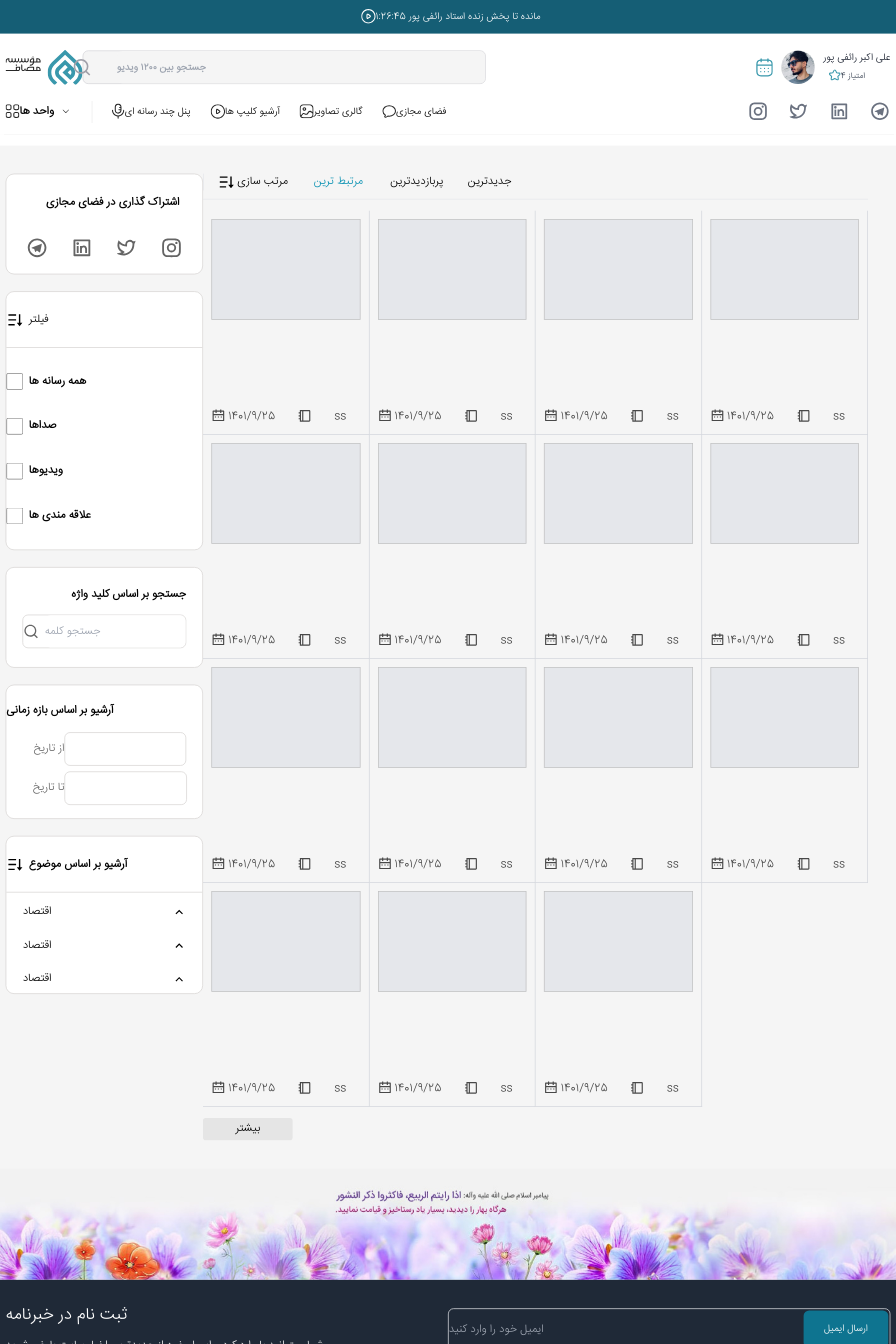
Repository: homan-tehrani/uiUserNative
Page: /multimedia
The author's editor kept a copy of each file at every save. The page is drawn from the files as they stood at one save, then again after the next save.
The browser window is 1280 px wide. The pictures show the part of the page from y = 0 to 1920 px (the page is 2769 px tall), at 70% of full size.
The project was rebuilt for these pictures with package versions that can differ from the ones it lists, and the page was loaded fresh each time. The framework's server and built-in components were replaced by stand-ins that run in the browser. Also part of the build but not shown: next.config.js, src/components/MenuForUnits.js, src/components/AccordionForUnits.js, src/components/MenuResponsive.js.

Above is the page before, as saved 2023-04-25 01:58:12.

### src/pages/_app.js
import Layoute from 'components/layout/Layoute'
import 'styles/globals.css'

export default function App({ Component, pageProps }) {
  return <Layoute>
    <Component {...pageProps} />
  </Layoute>
}

### src/pages/multimedia/index.js
import React, { useState, useEffect } from 'react';
import { albumPhoto } from '../../../src/db.json';
import Loading from 'components/loading';
import CourseCart from 'components/CourseCart';
import Aside from 'components/Aside';
import AsideResponsive from 'components/AsideResponsive';
export default function Multimedia() {
  const [allcorses, setAllCorses] = useState(null);

  useEffect(() => {
    setAllCorses(albumPhoto);
  }, []);

  if (!allcorses) {
    return <Loading />;
  }

  return (
    <div className=" bg-neutral-100 flex h-max py-10 w-full mt-4 gap-x-1 ">
      <div className="hidden  sm:flex  md:flex justify-evenly container sm:px-2 mx-auto sm:justify-between sm:gap-x-0 gap-x-2 ">
        <Aside />
        <CourseCart data={allcorses} />
      </div>
      <AsideResponsive />
    </div>
  );
}

### src/components/layout/Layoute.js
import React from "react";
import Header from "./Header";
import Fotter from "./Fotter";
import Speech from "../Speech";

export default function Layoute({ children , datas }) {
  return (
    <>
      <Header  />
      <div>{children}</div>
      <Speech />
      <Fotter datas={datas} />
    </>
  );
}

### src/styles/globals.css
@tailwind base;
@tailwind components;
@tailwind utilities;

@font-face {
    font-family: iransans;
    src: url("../../public/assets/fonts/iransans/irsans-l.woff");
}

html , body{
    font-family: iransans;
  }

.slider-master
.swiper-pagination-bullet{
  width: 14px;
  height: 14px;
  background-color: #3998AC;
}

.slider-master
.swiper-pagination-bullet-active {
  width: 60px;
  border-radius: 60px;
}

### src/components/loading.js
const Loading =()=> {
    return (
      <div className="w-full h-full flex justify-center items-center py-5">
        <svg aria-hidden="true" class="w-12 h-12 text-gray-200 animate-spin dark:text-gray-600 fill-cyan-600" viewBox="0 0 100 101" fill="none" xmlns="http://www.w3.org/2000/svg">
            <path d="M100 50.5908C100 78.2051 77.6142 100.591 50 100.591C22.3858 100.591 0 78.2051 0 50.5908C0 22.9766 22.3858 0.59082 50 0.59082C77.6142 0.59082 100 22.9766 100 50.5908ZM9.08144 50.5908C9.08144 73.1895 27.4013 91.5094 50 91.5094C72.5987 91.5094 90.9186 73.1895 90.9186 50.5908C90.9186 27.9921 72.5987 9.67226 50 9.67226C27.4013 9.67226 9.08144 27.9921 9.08144 50.5908Z" fill="currentColor"/>
            <path d="M93.9676 39.0409C96.393 38.4038 97.8624 35.9116 97.0079 33.5539C95.2932 28.8227 92.871 24.3692 89.8167 20.348C85.8452 15.1192 80.8826 10.7238 75.2124 7.41289C69.5422 4.10194 63.2754 1.94025 56.7698 1.05124C51.7666 0.367541 46.6976 0.446843 41.7345 1.27873C39.2613 1.69328 37.813 4.19778 38.4501 6.62326C39.0873 9.04874 41.5694 10.4717 44.0505 10.1071C47.8511 9.54855 51.7191 9.52689 55.5402 10.0491C60.8642 10.7766 65.9928 12.5457 70.6331 15.2552C75.2735 17.9648 79.3347 21.5619 82.5849 25.841C84.9175 28.9121 86.7997 32.2913 88.1811 35.8758C89.083 38.2158 91.5421 39.6781 93.9676 39.0409Z" fill="currentFill"/>
        </svg>
      </div>
    );
  }

  export default Loading;

### src/components/CourseCart.js
import React from 'react';
import Link from 'next/link';
import Loading from './loading';
export default function CourseCart({ data }) {
  console.log(data);
  if (!data) {
    return <Loading />;
  }
  return (
    <div className="relative w-full h-full  flex flex-col   md:translate-x-0 gap-y-4  pr-8">
      <div className="  w-full text-sm md:text-base border-b pb-3 flex  items-end  gap-x-1 md:gap-x-4 lg:gap-x-8  ">
        <div className=" w-26 flex items-center justify-center gap-x-1 border-l pl-3 sm:pl-5">
          <svg
            xmlns="http://www.w3.org/2000/svg"
            className="w-4 md:w-6"
            viewBox="0 0 24 24"
          >
            <path
              d="M20 4V16H23L19 21L15 16H18V4H20ZM12 18V20H3V18H12ZM14 11V13H3V11H14ZM14 4V6H3V4H14Z"
              fill="#000"
            ></path>
          </svg>
          <button className="">مرتب سازی </button>
        </div>
        <button className="text-cyan-600  w-16 md:w-20">
          مرتبط ترین
        </button>
        <button className="w-20 ">پربازدیدترین</button>
        <button className="w-16 ">جدیدترین</button>
      </div>

      <div className="grid grid-cols-4">
        {data.map((item) => (
          <>
            <div
              key={item.id}
              className=" h-80 hover:bg-white border-r border-b border-gray-300  p-3 cursor-pointer"
            >
              <div className="w-full h-36 bg-gray-200">
                <img
                  src={item.coverImage}
                  alt={item.title}
                  className="w-full h-full"
                />
              </div>
              <div className="flex flex-col h-44 justify-around pr-4">
                <div>
                  <p>{item?.title}</p>
                </div>

                <p className="opacity-70">{item?.summary}</p>
                <div className="flex gap-x-8 opacity-70">
                  <div className="flex gap-x-1">
                    <svg
                      xmlns="http://www.w3.org/2000/svg"
                      viewBox="0 0 24 24"
                      width="20"
                      height="20"
                    >
                      <path fill="none" d="M0 0h24v24H0z" />
                      <path d="M17 3h4a1 1 0 0 1 1 1v16a1 1 0 0 1-1 1H3a1 1 0 0 1-1-1V4a1 1 0 0 1 1-1h4V1h2v2h6V1h2v2zm3 8H4v8h16v-8zm-5-6H9v2H7V5H4v4h16V5h-3v2h-2V5zm-9 8h2v2H6v-2zm5 0h2v2h-2v-2zm5 0h2v2h-2v-2z" />
                    </svg>
                    <p>1401/9/25</p>
                  </div>

                  <svg
                    xmlns="http://www.w3.org/2000/svg"
                    viewBox="0 0 24 24"
                    width="20"
                    height="20"
                  >
                    <path fill="none" d="M0 0h24v24H0z" />
                    <path d="M20.005 2C21.107 2 22 2.898 22 3.99v16.02c0 1.099-.893 1.99-1.995 1.99H4v-4H2v-2h2v-3H2v-2h2V8H2V6h2V2h16.005zM8 4H6v16h2V4zm12 0H10v16h10V4z" />
                  </svg>
                  <span> {
                    (Array.isArray(item?.portal) && item?.portal.length > 0) ? (item?.portal[0].name) : 'ss' }
                  </span>
                </div>
              </div>
            </div>

            <Link
              href={`/units/${item.id}`}
              className="w-full h-full absolute top-0 left-0  "
            ></Link>
          </>
        ))}
      </div>
      <button className="w-32 h-8 bg-neutral-200 rounded">
        بیشتر
      </button>
    </div>
  );
}

### src/components/Aside.js
import React from 'react'
import AccordionForMultiMedia from './AccordionForMultiMedia'

export default function Aside() {
  return (
    <aside className="w-80 h-full   md:mr-0 md:translate-x-0 flex flex-col  items-start justify-start gap-y-6 ">
    <div className="w-282px  border border-stone-300 h-36 bg-white rounded-xl flex flex-col items-center justify-center gap-y-3">
      <p className="text-right pl-6 font-bold">
        اشتراک گذاری در فضای مجازی
      </p>
      <div className="xs:-translate-y-4  flex  w-11/12 xs:h-8 xs:w-32  justify-around h-12 items-center rounded-md  translate-y-4 fill-white opacity-60">
        <svg
          className="cursor-pointer fill-black xs:w-6 w-8"
          xmlns="http://www.w3.org/2000/svg"
          viewBox="0 0 24 24"
        >
          <path fill="none" d="M0 0h24v24H0z" />
          <path d="M12 20a8 8 0 1 0 0-16 8 8 0 0 0 0 16zm0 2C6.477 22 2 17.523 2 12S6.477 2 12 2s10 4.477 10 10-4.477 10-10 10zm-3.11-8.83l-2.498-.779c-.54-.165-.543-.537.121-.804l9.733-3.76c.565-.23.885.061.702.79l-1.657 7.82c-.116.557-.451.69-.916.433l-2.551-1.888-1.189 1.148c-.122.118-.221.219-.409.244-.187.026-.341-.03-.454-.34l-.87-2.871-.012.008z" />
        </svg>
        <svg
          className="cursor-pointer fill-black xs:w-6 w-8"
          xmlns="http://www.w3.org/2000/svg"
          viewBox="0 0 24 24"
        >
          <path fill="none" d="M0 0h24v24H0z" />
          <path d="M4 3h16a1 1 0 0 1 1 1v16a1 1 0 0 1-1 1H4a1 1 0 0 1-1-1V4a1 1 0 0 1 1-1zm1 2v14h14V5H5zm2.5 4a1.5 1.5 0 1 1 0-3 1.5 1.5 0 0 1 0 3zm-1 1h2v7.5h-2V10zm5.5.43c.584-.565 1.266-.93 2-.93 2.071 0 3.5 1.679 3.5 3.75v4.25h-2v-4.25a1.75 1.75 0 0 0-3.5 0v4.25h-2V10h2v.43z" />
        </svg>
        <svg
          className="cursor-pointer fill-black xs:w-6 w-8"
          xmlns="http://www.w3.org/2000/svg"
          viewBox="0 0 24 24"
        >
          <path fill="none" d="M0 0h24v24H0z" />
          <path d="M15.3 5.55a2.9 2.9 0 0 0-2.9 2.847l-.028 1.575a.6.6 0 0 1-.68.583l-1.561-.212c-2.054-.28-4.022-1.226-5.91-2.799-.598 3.31.57 5.603 3.383 7.372l1.747 1.098a.6.6 0 0 1 .034.993L7.793 18.17c.947.059 1.846.017 2.592-.131 4.718-.942 7.855-4.492 7.855-10.348 0-.478-1.012-2.141-2.94-2.141zm-4.9 2.81a4.9 4.9 0 0 1 8.385-3.355c.711-.005 1.316.175 2.669-.645-.335 1.64-.5 2.352-1.214 3.331 0 7.642-4.697 11.358-9.463 12.309-3.268.652-8.02-.419-9.382-1.841.694-.054 3.514-.357 5.144-1.55C5.16 15.7-.329 12.47 3.278 3.786c1.693 1.977 3.41 3.323 5.15 4.037 1.158.475 1.442.465 1.973.538z" />
        </svg>
        <svg
          className="cursor-pointer fill-black xs:w-6 w-8"
          xmlns="http://www.w3.org/2000/svg"
          viewBox="0 0 24 24"
        >
          <path fill="none" d="M0 0h24v24H0z" />
          <path d="M12 9a3 3 0 1 0 0 6 3 3 0 0 0 0-6zm0-2a5 5 0 1 1 0 10 5 5 0 0 1 0-10zm6.5-.25a1.25 1.25 0 0 1-2.5 0 1.25 1.25 0 0 1 2.5 0zM12 4c-2.474 0-2.878.007-4.029.058-.784.037-1.31.142-1.798.332-.434.168-.747.369-1.08.703a2.89 2.89 0 0 0-.704 1.08c-.19.49-.295 1.015-.331 1.798C4.006 9.075 4 9.461 4 12c0 2.474.007 2.878.058 4.029.037.783.142 1.31.331 1.797.17.435.37.748.702 1.08.337.336.65.537 1.08.703.494.191 1.02.297 1.8.333C9.075 19.994 9.461 20 12 20c2.474 0 2.878-.007 4.029-.058.782-.037 1.309-.142 1.797-.331.433-.169.748-.37 1.08-.702.337-.337.538-.65.704-1.08.19-.493.296-1.02.332-1.8.052-1.104.058-1.49.058-4.029 0-2.474-.007-2.878-.058-4.029-.037-.782-.142-1.31-.332-1.798a2.911 2.911 0 0 0-.703-1.08 2.884 2.884 0 0 0-1.08-.704c-.49-.19-1.016-.295-1.798-.331C14.925 4.006 14.539 4 12 4zm0-2c2.717 0 3.056.01 4.122.06 1.065.05 1.79.217 2.428.465.66.254 1.216.598 1.772 1.153a4.908 4.908 0 0 1 1.153 1.772c.247.637.415 1.363.465 2.428.047 1.066.06 1.405.06 4.122 0 2.717-.01 3.056-.06 4.122-.05 1.065-.218 1.79-.465 2.428a4.883 4.883 0 0 1-1.153 1.772 4.915 4.915 0 0 1-1.772 1.153c-.637.247-1.363.415-2.428.465-1.066.047-1.405.06-4.122.06-2.717 0-3.056-.01-4.122-.06-1.065-.05-1.79-.218-2.428-.465a4.89 4.89 0 0 1-1.772-1.153 4.904 4.904 0 0 1-1.153-1.772c-.248-.637-.415-1.363-.465-2.428C2.013 15.056 2 14.717 2 12c0-2.717.01-3.056.06-4.122.05-1.066.217-1.79.465-2.428a4.88 4.88 0 0 1 1.153-1.772A4.897 4.897 0 0 1 5.45 2.525c.638-.248 1.362-.415 2.428-.465C8.944 2.013 9.283 2 12 2z" />
        </svg>
      </div>
    </div>
    <div className="w-282px h-370px  border border-stone-300 rounded-xl bg-white">
      <div className="w-full h-20  border-b border-stone-300 flex items-center justify-start pr-6 gap-x-2 ">
        <svg
          xmlns="http://www.w3.org/2000/svg"
          viewBox="0 0 24 24"
          width="24"
          height="24"
        >
          <path
            d="M20 4V16H23L19 21L15 16H18V4H20ZM12 18V20H3V18H12ZM14 11V13H3V11H14ZM14 4V6H3V4H14Z"
            fill="#000"
          ></path>
        </svg>
        <p>فیلتر</p>
      </div>
      <div className="w-full h-64 translate-y-4 flex flex-col justify-around pr-4 font-bold">
        <div className="flex  items-center justify-satrt  gap-x-2">
          <input type="checkbox" className="w-6 h-6 " />
          <p>همه رسانه ها</p>
        </div>
        <div className="flex items-center justify-satrt  gap-x-2">
          <input type="checkbox" className="w-6 h-6 " />
          <p>صداها</p>
        </div>
        <div className="flex items-center justify-satrt gap-x-2">
          <input type="checkbox" className="w-6 h-6 " />
          <p>ویدیوها</p>
        </div>
        <div className="flex items-center justify-satrt gap-x-2">
          <input type="checkbox" className="w-6 h-6 " />
          <p>علاقه مندی ها</p>
        </div>
      </div>
    </div>
    <div className="w-282px border border-stone-300 h-36 bg-white rounded-xl flex flex-col items-center justify-center gap-y-4">
      <p className="text-right  w-10/12 font-bold">
        جستجو بر اساس کلید واژه
      </p>
      <div className="w-10/12 h-12  flex items-center border border-stone-300 rounded-lg">
        <svg
          xmlns="http://www.w3.org/2000/svg"
          className="mr-2 opacity-60"
          viewBox="0 0 24 24"
          width="24"
          height="24"
        >
          <path
            d="M18.031 16.6168L22.3137 20.8995L20.8995 22.3137L16.6168 18.031C15.0769 19.263 13.124 20 11 20C6.032 20 2 15.968 2 11C2 6.032 6.032 2 11 2C15.968 2 20 6.032 20 11C20 13.124 19.263 15.0769 18.031 16.6168ZM16.0247 15.8748C17.2475 14.6146 18 12.8956 18 11C18 7.1325 14.8675 4 11 4C7.1325 4 4 7.1325 4 11C4 14.8675 7.1325 18 11 18C12.8956 18 14.6146 17.2475 15.8748 16.0247L16.0247 15.8748Z"
            fill="#000"
          ></path>
        </svg>
        <input
          placeholder="جستجو کلمه"
          type="text"
          className="w-11/12 h-full outline-0 pr-2 rounded-lg "
        />
      </div>
    </div>

    <div className="w-282px border border-stone-300 h-48 bg-white rounded-xl flex flex-col items-center justify-center  ">
      <p className="text-right mt-6 w-full pr-7 font-bold flex items-center  ">
        آرشیو بر اساس بازه زمانی
      </p>

      <div className="flex flex-col items-center justify-center  w-full h-full gap-y-2  ">
        <div className="flex items-cenetr h-12 justify-center">
          <p className="pl-4 flex items-center justify-center opacity-60">
            از تاریخ
          </p>
          <input
            type="text"
            className="border border-stone-300 h-full w-8/12 rounded-lg outline-0 pr-2"
          />
        </div>
        <div className="flex items-cenetr justify-center h-12 ">
          <p className="pl-4 flex items-center justify-center opacity-60">
            تا تاریخ
          </p>
          <input
            type="text"
            className="border border-stone-300 h-full w-8/12 rounded-lg outline-0 pr-2"
          />
        </div>
      </div>
    </div>
    <div className="w-282px  h-max border border-stone-300 rounded-xl bg-white ">
      <div className="w-full h-20  border-b border-stone-300 flex items-center justify-start pr-6 gap-x-2 ">
        <svg
          xmlns="http://www.w3.org/2000/svg"
          viewBox="0 0 24 24"
          width="24"
          height="24"
        >
          <path
            d="M20 4V16H23L19 21L15 16H18V4H20ZM12 18V20H3V18H12ZM14 11V13H3V11H14ZM14 4V6H3V4H14Z"
            fill="#000"
          ></path>
        </svg>
        <p className="font-bold">آرشیو بر اساس موضوع</p>
      </div>
  <AccordionForMultiMedia/>
  <AccordionForMultiMedia/>
  <AccordionForMultiMedia/>

    </div>
  </aside>
  )
}

### src/components/Speech.js
import React, { useEffect, useState } from "react";
import Loading from "./loading";
import {speech} from "../../src/db.json"

export default function Speech({ datas }) {
  const [imageSpeech, setImageSpeech] = useState(null);
  useEffect(() => {
    setImageSpeech(speech);
  }, []);

  if (!imageSpeech) {
    return <Loading />;
  }
  return (
    <div className="w-full flex justify-center items-center relative ">
      <div className="flex flex-col w-full h-max">
        <div className="flex flex-col w-full ">
          <img
            src={imageSpeech[0].src}
            alt={imageSpeech[0].alt}
            className="w-full h-full object-cover"
          />
        </div>
      </div>
    </div>
  );
}

### src/components/AccordionForMultiMedia.js
import {useState} from 'react'

export default function AccordionForMultiMedia() {
    const [isShowAccordion, setIsShowAccordion] = useState(false);
    const accordionHandler = () => {
        setIsShowAccordion((prev) => !prev);
      };
  return (
    <>
    <button
    onClick={accordionHandler}
    className=" w-10/12 mx-auto h-10 flex items-center mt-2 justify-between"
  >
    <p>اقتصاد</p>
    <div>
      {!isShowAccordion && (
        <svg
          xmlns="http://www.w3.org/2000/svg"
          viewBox="0 0 24 24"
          width="20"
          height="20"
        >
          <path
            d="M11.9997 10.8284L7.04996 15.7782L5.63574 14.364L11.9997 8L18.3637 14.364L16.9495 15.7782L11.9997 10.8284Z"
            fill="#000"
          ></path>
        </svg>
      )}
      {isShowAccordion && (
        <svg
          xmlns="http://www.w3.org/2000/svg"
          viewBox="0 0 24 24"
          width="20"
          height="20"
        >
          <path
            d="M11.9997 13.1714L16.9495 8.22168L18.3637 9.63589L11.9997 15.9999L5.63574 9.63589L7.04996 8.22168L11.9997 13.1714Z"
            fill="#000"
          ></path>
        </svg>
      )}
    </div>
  </button>
  {isShowAccordion && (
    <div className="w-10/12 mx-auto my-4 pb-4 flex flex-col gap-y-8 font-bold  border-b border-stone-300">
      <div className="flex items-center justify-satrt  gap-x-2 ">
        <input type="checkbox" className="w-6 h-6 " />
        <p>اقتصاد ایران</p>
      </div>
      <div className="flex items-center justify-satrt  gap-x-2">
        <input type="checkbox" className="w-6 h-6 " />
        <p>اقتصاد جهان</p>
      </div>
    </div>
  )}
  </>
  )
}

### src/components/AccordionMultiMediResponsive.js
import React, { useState } from 'react'

export default function AccordionMultiMediResponsive() {
    const[isShowAccordion , setIsShowAccordion] = useState(false)
    const accordionHandler = ()=>{
        setIsShowAccordion(prev=>!prev)
    }
  return (
    <>
     <button
              onClick={accordionHandler}
              className=" w-11/12 mx-auto h-10 flex items-center  my-2 justify-between"
            >
              <p>دشمن شناسی</p>
              <div>
                {!isShowAccordion && (
                  <svg
                    xmlns="http://www.w3.org/2000/svg"
                    viewBox="0 0 24 24"
                    width="20"
                    height="20"
                  >
                    <path
                      d="M11.9997 10.8284L7.04996 15.7782L5.63574 14.364L11.9997 8L18.3637 14.364L16.9495 15.7782L11.9997 10.8284Z"
                      fill="#000"
                    ></path>
                  </svg>
                )}
                {isShowAccordion && (
                  <svg
                    xmlns="http://www.w3.org/2000/svg"
                    viewBox="0 0 24 24"
                    width="20"
                    height="20"
                  >
                    <path
                      d="M11.9997 13.1714L16.9495 8.22168L18.3637 9.63589L11.9997 15.9999L5.63574 9.63589L7.04996 8.22168L11.9997 13.1714Z"
                      fill="#000"
                    ></path>
                  </svg>
                )}
              </div>
            </button>
            {isShowAccordion && (
              <div className="w-10/12 mx-auto pb-4 flex mt-4 flex-col gap-y-8 font-bold border-stone-300 border-b">
                <div className="flex items-center justify-satrt  gap-x-2 ">
                  <input type="checkbox" className="w-6 h-6 " />
                  <p>اقتصاد ایران</p>
                </div>
                <div className="flex items-center justify-satrt  gap-x-2">
                  <input type="checkbox" className="w-6 h-6 " />
                  <p>اقتصاد جهان</p>
                </div>
              </div>
            )}
    </>
  )
}

### tailwind.config.js
/** @type {import('tailwindcss').Config} */
module.exports = {
  content: [
    "./app/**/*.{js,ts,jsx,tsx}",
    "./pages/**/*.{js,ts,jsx,tsx}",
    "./components/**/*.{js,ts,jsx,tsx}",

    // Or if using `src` directory:
    "./src/**/*.{js,ts,jsx,tsx}",
  ],
  theme: {
    extend: {
      screens:{
        'xs':{'max':'430px'},
      },
      spacing: {
        '148': '37rem',
        '120':'36rem',
        '152':'42rem',
        '90':'25rem',
        '98':'28rem',
        '100':'30rem',
        '110':'33rem',
        'ppx':'0.5px',
        '400px': '400px',
        '300px':'300px',
        '1200px':'1200px',
        '370px':'370px',
        '305px':'305px',
        '282px':'282px'
      },
      fontSize:{
        tsm:['13px','19px'],
        ssm:['12px','18px'],
        xsm:['11px','17px'],
        xxsm:['10px','16px'],
        xxxsm:['8px','12px'],
      },
    },
  },
  plugins: [],
}

Loaded but not shown: src/db.json (58 lines, source omitted); src/components/layout/Fotter.js (133 lines, source omitted); src/components/layout/Header.js (154 lines, source omitted); src/components/NavBar.js (89 lines, source omitted); src/components/AsideResponsive.js (296 lines, source omitted)

After the next save:
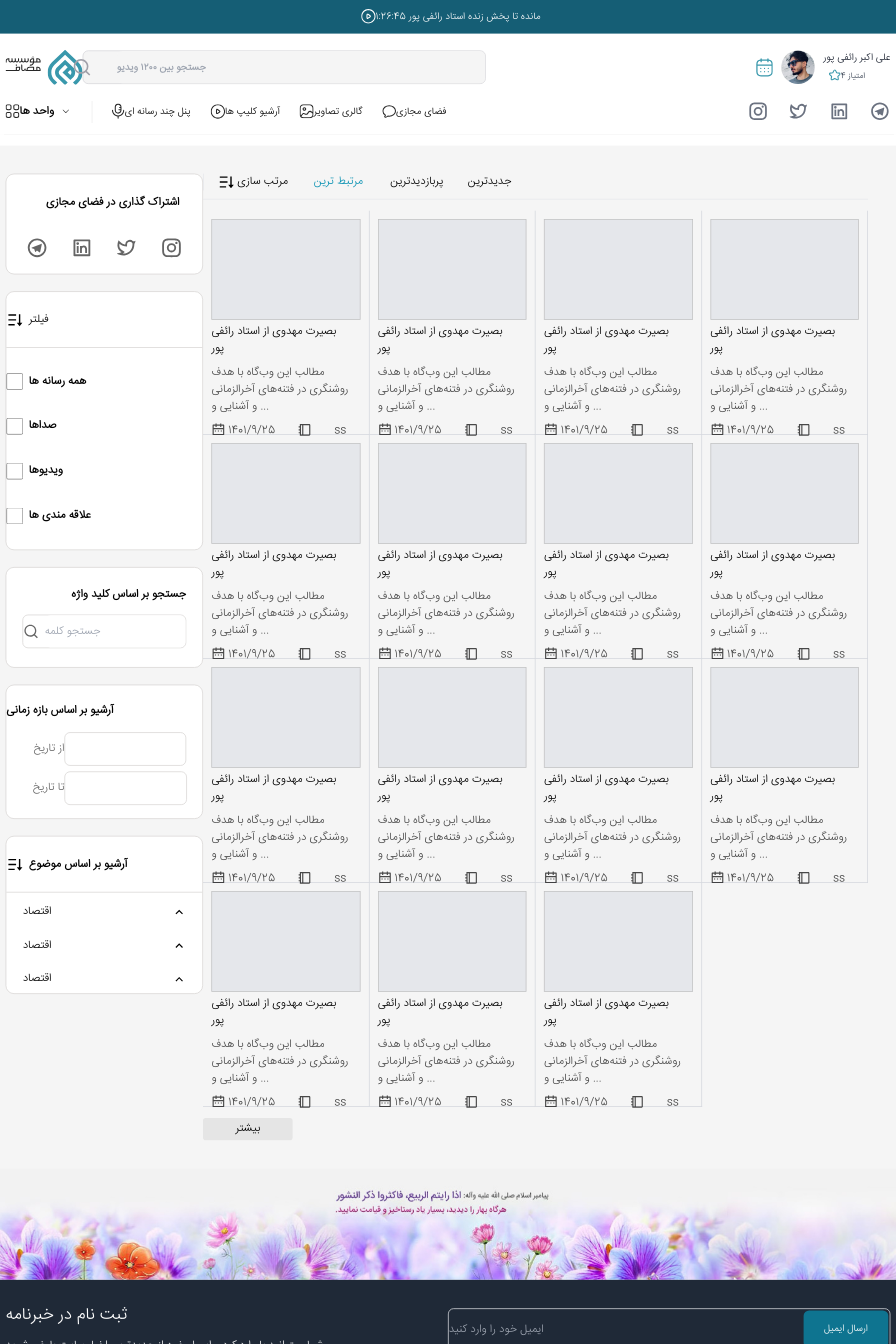
Saved 87 s later.
--- a/src/components/CourseCart.js
+++ b/src/components/CourseCart.js
@@ -45,10 +45,12 @@ export default function CourseCart({ data }) {
               </div>
               <div className="flex flex-col h-44 justify-around pr-4">
                 <div>
-                  <p>{item?.title}</p>
+                  <p>بصیرت مهدوی از استاد رائفی پور</p>
                 </div>
 
-                <p className="opacity-70">{item?.summary}</p>
+                <p className="opacity-70">
+                مطالب این وب‌گاه با هدف روشنگری در فتنه‌های آخرالزمانی و آشنایی و ...
+                  </p>
                 <div className="flex gap-x-8 opacity-70">
                   <div className="flex gap-x-1">
                     <svg
